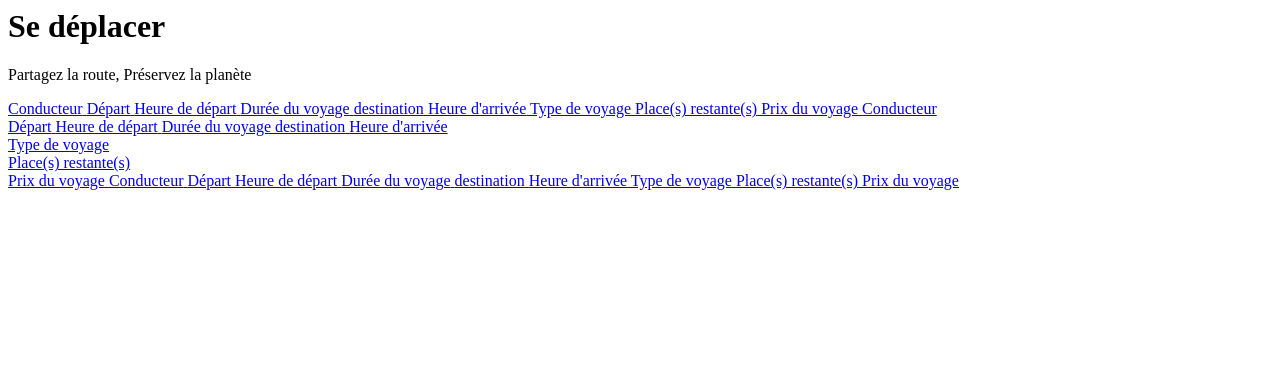
Repository: lemonhao9/ECF
Page: pages/covoiturages/vueCovoit.html
The author's editor kept a copy of each file at every save. The page is drawn from the files as they stood at one save, then again after the next save.
The browser window is 1280 px wide. The pictures show the whole page.

Above is the page before, as saved 2025-02-13 10:59:40.

### pages/covoiturages/vueCovoit.html
<div class="hero-scene text-center text-secondary">
    <div class="hero-scene-content">
        <h1>Se déplacer</h1>
        <p>Partagez la route, Préservez la planète</p>
    </div>
</div>

<div class="container text-center lescovoiturages pt-4">
<a href="#" class="m-4">
    <span>Conducteur</span>
    <span>Départ</span>
    <span>Heure de départ</span>
    <span>Durée du voyage</span>
    <span>destination</span>
    <span>Heure d'arrivée</span>
    <span>Type de voyage</span>
    <span>Place(s) restante(s)</span>
    <span>Prix du voyage</span>
</a>
<a href="#" class="m-4">
    <span>Conducteur</span><br>
    <span>Départ</span>
    <span>Heure de départ</span>
    <span>Durée du voyage</span>
    <span>destination</span>
    <span>Heure d'arrivée</span><br>
    <span>Type de voyage</span><br>
    <span>Place(s) restante(s)</span><br>
    <span>Prix du voyage</span>
</a>
<a href="#" class="m-4">
    <span>Conducteur</span>
    <span>Départ</span>
    <span>Heure de départ</span>
    <span>Durée du voyage</span>
    <span>destination</span>
    <span>Heure d'arrivée</span>
    <span>Type de voyage</span>
    <span>Place(s) restante(s)</span>
    <span>Prix du voyage</span>
</a>
</div>

After the next save:
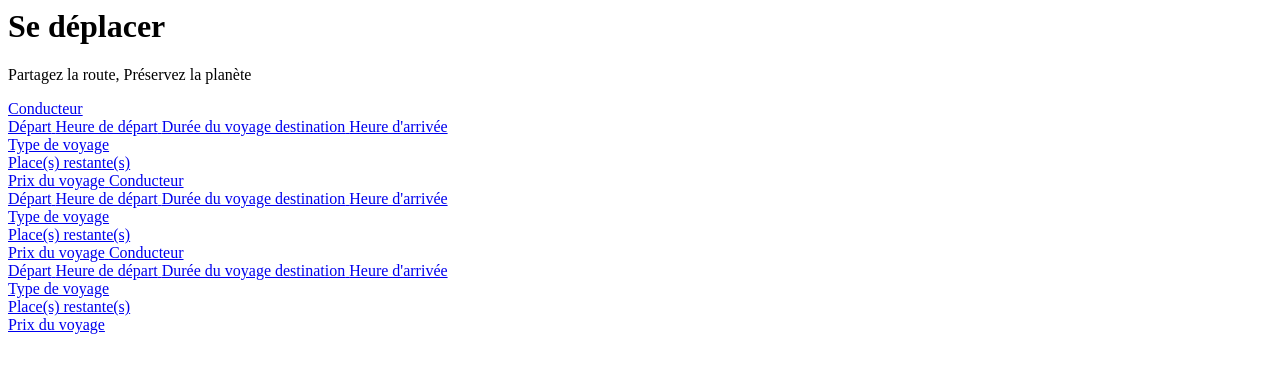
Saved 28 s later.
--- a/pages/covoiturages/vueCovoit.html
+++ b/pages/covoiturages/vueCovoit.html
@@ -6,37 +6,37 @@
 </div>
 
 <div class="container text-center lescovoiturages pt-4">
-<a href="#" class="m-4">
-    <span>Conducteur</span>
-    <span>Départ</span>
-    <span>Heure de départ</span>
-    <span>Durée du voyage</span>
-    <span>destination</span>
-    <span>Heure d'arrivée</span>
-    <span>Type de voyage</span>
-    <span>Place(s) restante(s)</span>
-    <span>Prix du voyage</span>
-</a>
-<a href="#" class="m-4">
-    <span>Conducteur</span><br>
-    <span>Départ</span>
-    <span>Heure de départ</span>
-    <span>Durée du voyage</span>
-    <span>destination</span>
-    <span>Heure d'arrivée</span><br>
-    <span>Type de voyage</span><br>
-    <span>Place(s) restante(s)</span><br>
-    <span>Prix du voyage</span>
-</a>
-<a href="#" class="m-4">
-    <span>Conducteur</span>
-    <span>Départ</span>
-    <span>Heure de départ</span>
-    <span>Durée du voyage</span>
-    <span>destination</span>
-    <span>Heure d'arrivée</span>
-    <span>Type de voyage</span>
-    <span>Place(s) restante(s)</span>
-    <span>Prix du voyage</span>
-</a>
+    <a href="#" class="m-4">
+        <span>Conducteur</span><br>
+        <span>Départ</span>
+        <span>Heure de départ</span>
+        <span>Durée du voyage</span>
+        <span>destination</span>
+        <span>Heure d'arrivée</span><br>
+        <span>Type de voyage</span><br>
+        <span>Place(s) restante(s)</span><br>
+        <span>Prix du voyage</span>
+    </a>
+    <a href="#" class="m-4">
+        <span>Conducteur</span><br>
+        <span>Départ</span>
+        <span>Heure de départ</span>
+        <span>Durée du voyage</span>
+        <span>destination</span>
+        <span>Heure d'arrivée</span><br>
+        <span>Type de voyage</span><br>
+        <span>Place(s) restante(s)</span><br>
+        <span>Prix du voyage</span>
+    </a>
+    <a href="#" class="m-4">
+        <span>Conducteur</span><br>
+        <span>Départ</span>
+        <span>Heure de départ</span>
+        <span>Durée du voyage</span>
+        <span>destination</span>
+        <span>Heure d'arrivée</span><br>
+        <span>Type de voyage</span><br>
+        <span>Place(s) restante(s)</span><br>
+        <span>Prix du voyage</span>
+    </a>
 </div>
